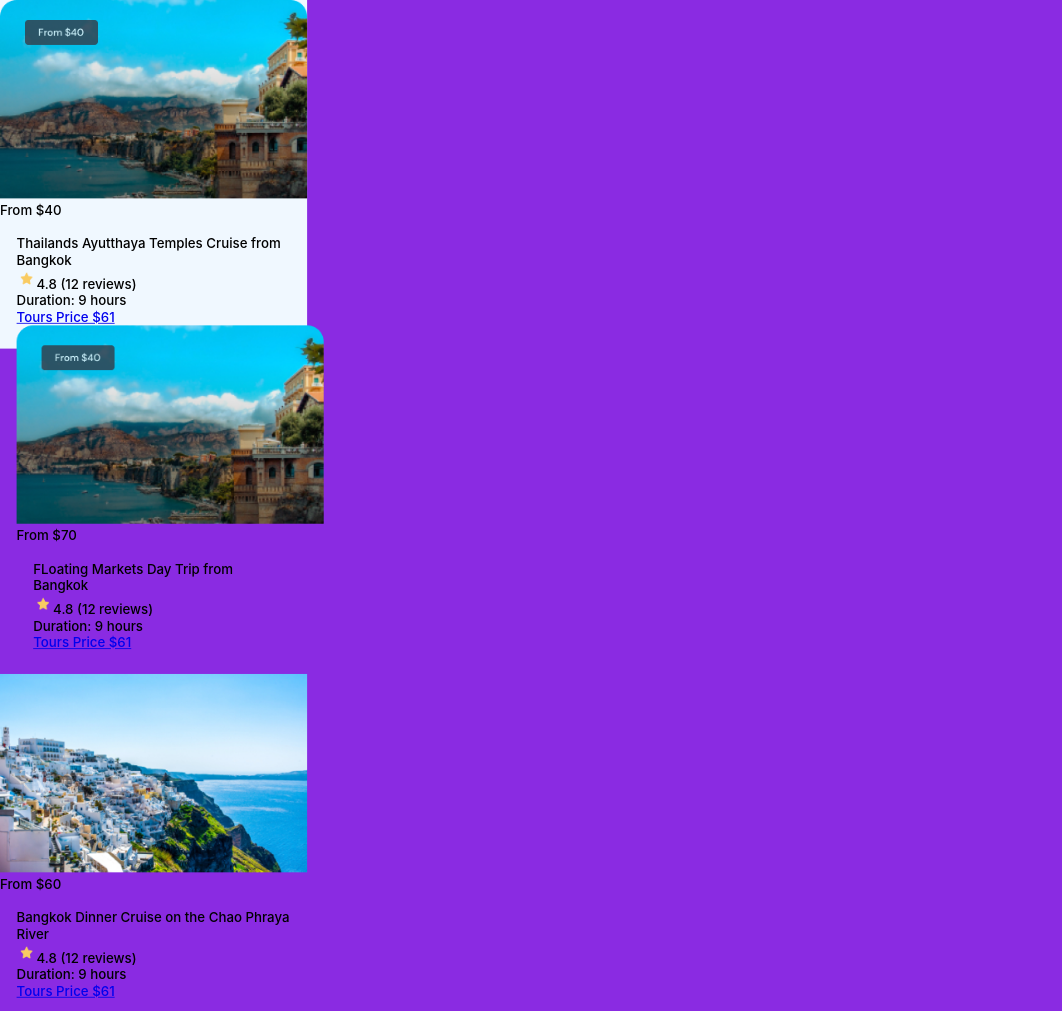
Repository: nguyentuankiet-k61/K_IT-demo
Page: index.html
The author's editor kept a copy of each file at every save. The page is drawn from the files as they stood at one save, then again after the next save.
The browser window is 1280 px wide. The pictures show the whole page, at 83% of full size.
Some web fonts or font styles are not loaded; a fallback is used.

Above is the page before, as saved 2022-09-25 13:02:24.

After the next save:
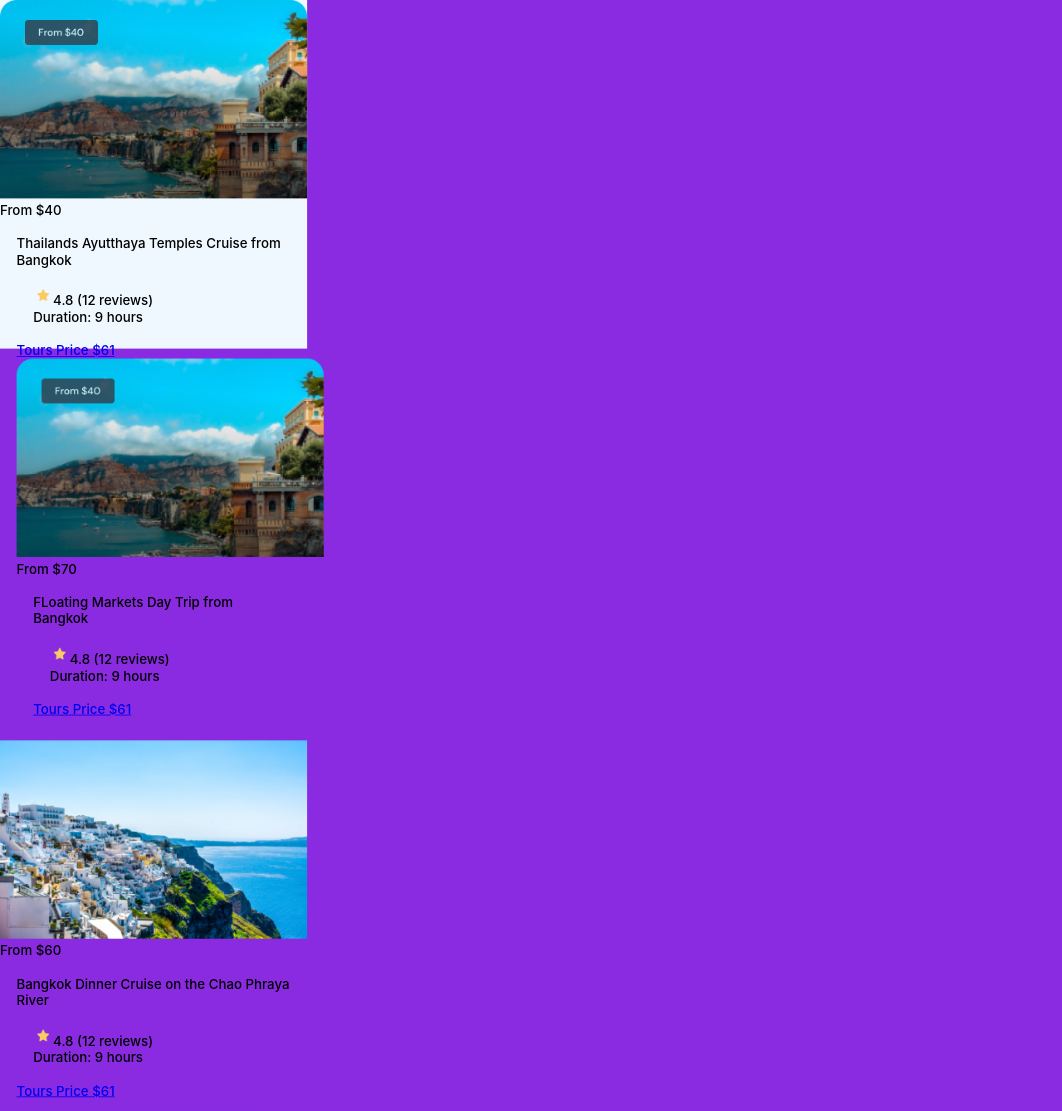
Saved 2 min 7 s later.
--- a/CSS/app.css
+++ b/CSS/app.css
@@ -19,3 +19,6 @@ body{
     padding: 20px 20px 14px;
 
 }
+.Tours_ratting{
+    padding: 20px;
+}

After the 2 saves that followed:
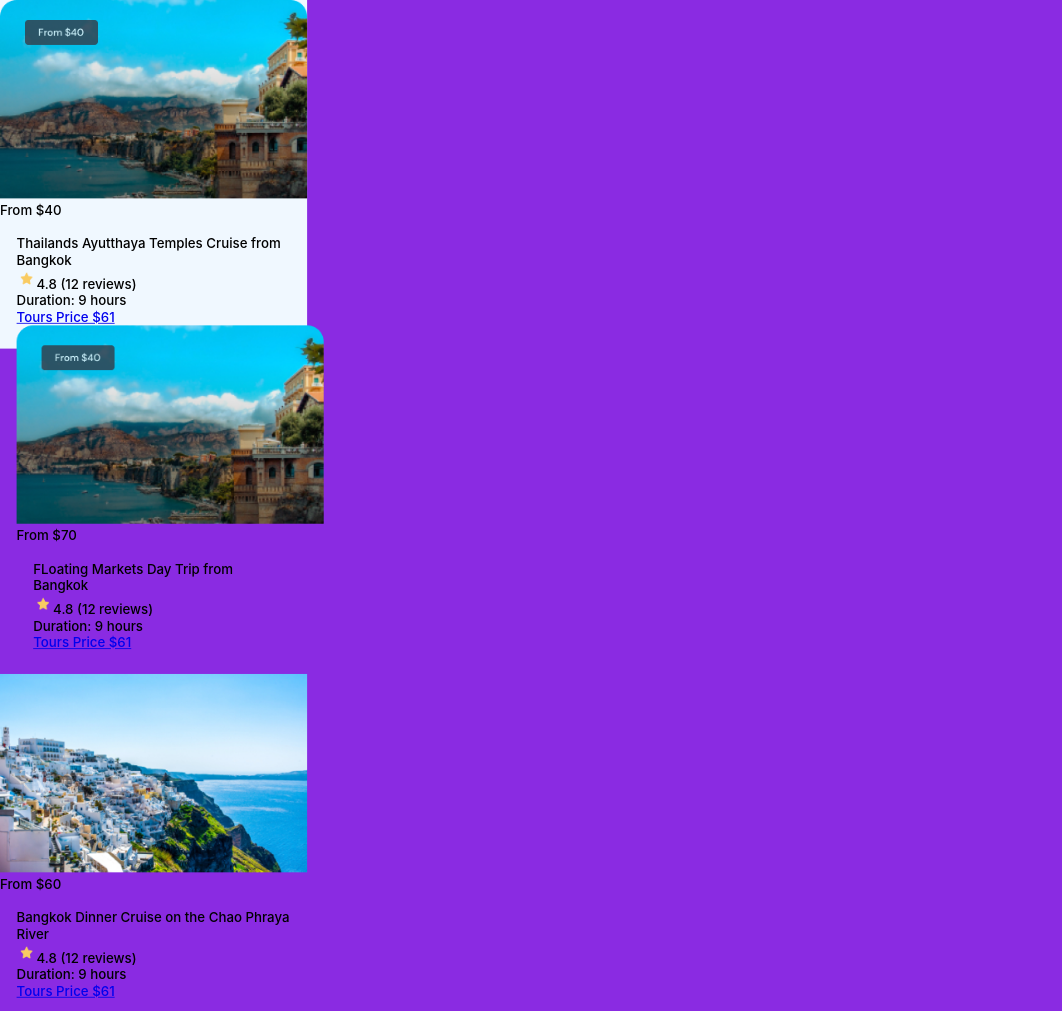
The 2 saves are shown as one change because 1 left the picture as it was.
The last was saved 3 min 0 s later.
--- a/index.html
+++ b/index.html
@@ -31,7 +31,7 @@
             </div>
             <a href="https://www.facebook.com/kutooo" target="_blank"
             rel="noopener noreferrer" class="Tours-botton">Tours Price $61</a></br>
-        <div class="Tours_top">
+        <div class="Tours_top1">
             <img src="./image/img1.png" alt="this_is_image"/>From $70
         </div>
         <div class="Tours_content">
@@ -53,7 +53,7 @@
             class="Tours_botton">Tours Price $61</a></br>
         </div>
         </div>
-        <div class="Tours_top">
+        <div class="Tours_top2">
             <img src="./image/img3.png" alt="this_is_image"/>From $60
              <div class="Tours_content">
                 <div class="Tours_titlle">
--- a/CSS/app.css
+++ b/CSS/app.css
@@ -19,6 +19,6 @@ body{
     padding: 20px 20px 14px;
 
 }
-.Tours_ratting{
-    padding: 20px;
+.Tours_top1{
+
 }
